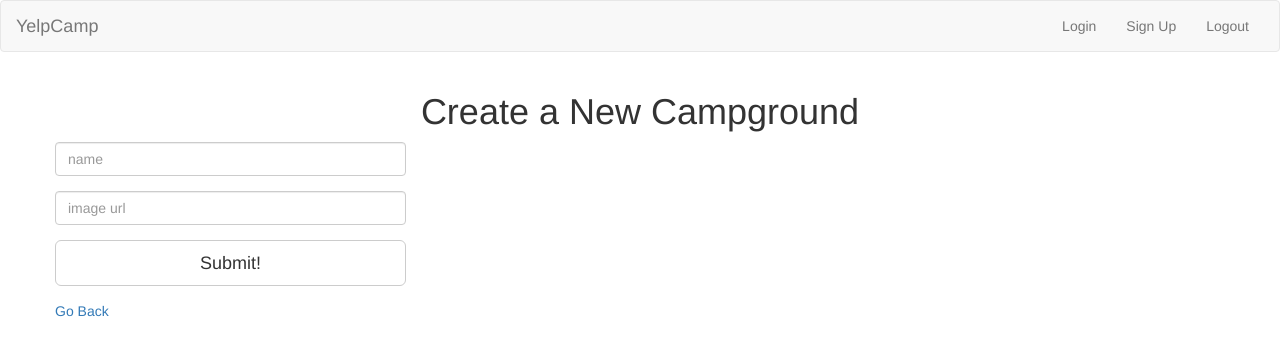
Repository: Bhitt/Cloud9_Projects
Page: http://localhost/campgrounds/new
The author's editor kept a record of every edit. The page is drawn from the files as they stood at one moment, then again after the next edit.
The browser window is 1280 px wide. The pictures show the whole page.
The page is served by the project's Node server (YelpCamp/v1/app.js).

Above is the page before.

### webdevbootcamp/workspace/YelpCamp/v1/views/new.ejs
<% include partials/header %>

<div class="container">
    <div class="row">
        <h1 style="text-align: center;">Create a New Campground</h1>
        <div style="width: 30%; margin0 auto;">
            <form action="/campgrounds" method="POST">
                <div class="form-group">
                    <input class="form-control" type="text" name="name" placeholder="name">
                </div>
                <div class="form-group">
                    <input class="form-control" type="text" name="image" placeholder="image url">
                </div>
                <div class="form-group">
                    <button class="btn btn-lg btn-default btn-block">Submit!</button>
                </div>
            </form>

        </div>

        <a href="/campgrounds">Go Back</a>
    </div>
</div>

<% include partials/footer %>

### webdevbootcamp/workspace/YelpCamp/v1/views/partials/header.ejs
<DOCTYPE html>
<html>
    <head>
        <title>YelpCamp</title>
        <link rel="stylesheet" href="https://maxcdn.bootstrapcdn.com/bootstrap/3.3.7/css/bootstrap.min.css">
    </head>
    <body>


    <nav class="navbar navbar-default">
        <div class="container-fluid">
            <div class="navbar-header">
                <a class="navbar-brand" href="/">YelpCamp</a>
            </div>
            <div class="collapse navbar-collapse">
                <ul class="nav navbar-nav navbar-right">
                    <li> <a href="/">Login</a> </li>
                    <li> <a href="/">Sign Up</a> </li>
                    <li> <a href="/">Logout</a> </li>
                </ul>
            </div>
        </div>
    </nav>

### webdevbootcamp/workspace/YelpCamp/v1/app.js
var express = require("express");
var app = express();
var bodyParser = require("body-parser");

var campgrounds = [
    {name: "Salmon Creek", image: "http://www.photosforclass.com/download/8137270056"},
    {name: "Granite Hill", image: "http://www.photosforclass.com/download/3062207412"},
    {name: "Mountain Goat's Rest", image: "http://www.photosforclass.com/download/2386128345"}
    ];

app.use(bodyParser.urlencoded({extended: true}));
app.set("view engine", "ejs");

app.get("/", function(req, res){
    res.render("landing");
});

app.get("/campgrounds", function(req, res){


    res.render("campgrounds", {campgrounds: campgrounds});
});

app.post("/campgrounds", function(req, res){
    //get data from form and add to campgrounds array
    var name = req.body.name;
    var image = req.body.image;
    var newCampground = {name: name, image: image};
    campgrounds.push(newCampground);
    //redirect back to campgrounds page
    res.redirect("campgrounds");
});

app.get("/campgrounds/new", function(req, res){
   res.render("new");
});

app.listen(process.env.PORT, process.env.IP, function(){
    console.log("YelpCamp Server has started");
});

Loaded but not shown: webdevbootcamp/workspace/YelpCamp/v1/views/partials/footer.ejs (common file)

After the next edit:
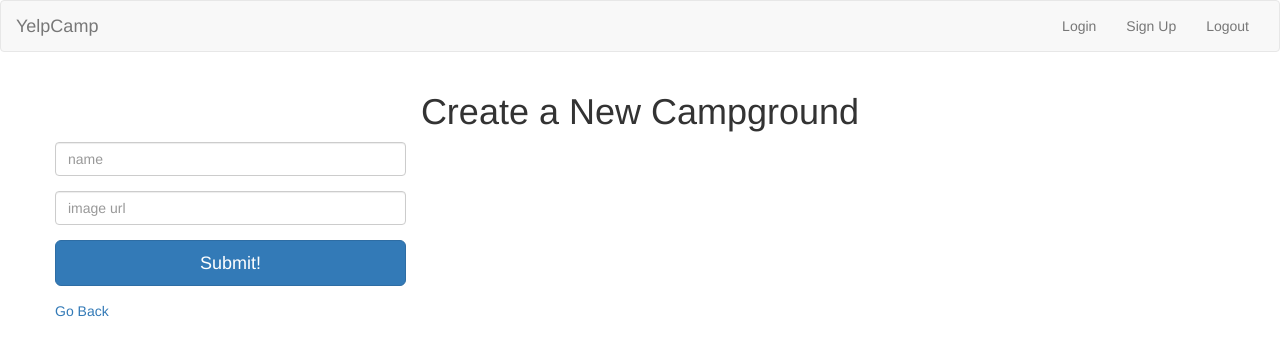
The edit:
--- a/webdevbootcamp/workspace/YelpCamp/v1/views/new.ejs
+++ b/webdevbootcamp/workspace/YelpCamp/v1/views/new.ejs
@@ -12,7 +12,7 @@
                     <input class="form-control" type="text" name="image" placeholder="image url">
                 </div>
                 <div class="form-group">
-                    <button class="btn btn-lg btn-default btn-block">Submit!</button>
+                    <button class="btn btn-lg btn-primary btn-block">Submit!</button>
                 </div>
             </form>
 
